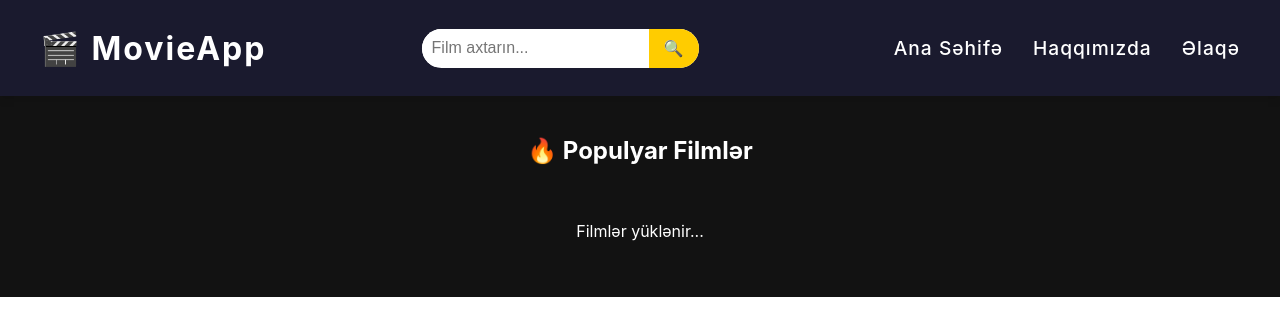
Repository: Zulfiyya077/InternIntelligence_MovieWebsite
Page: /
These files come from the project's save history. The page is drawn as it stood at one moment and after the next save; the edit follows.
The browser window is 1280 px wide. The pictures show the whole page.
The page's requests for data from a server got no answer. The project was rebuilt for these pictures with package versions that can differ from the ones it lists, and the page was loaded fresh each time. No one was signed in, and anything a server would have sent is missing. Also part of the build but not shown: vite.config.js, src/components/MovieCard.module.css, src/components/MovieCard.jsx, src/pages/MovieDetailsPage.module.css, src/pages/MovieDetailsPage.jsx, src/App.module.css, src/pages/About.module.css, src/pages/About.jsx and 2 more.

Above is the page before, as saved 2025-02-24 01:31:36.

After the next save:
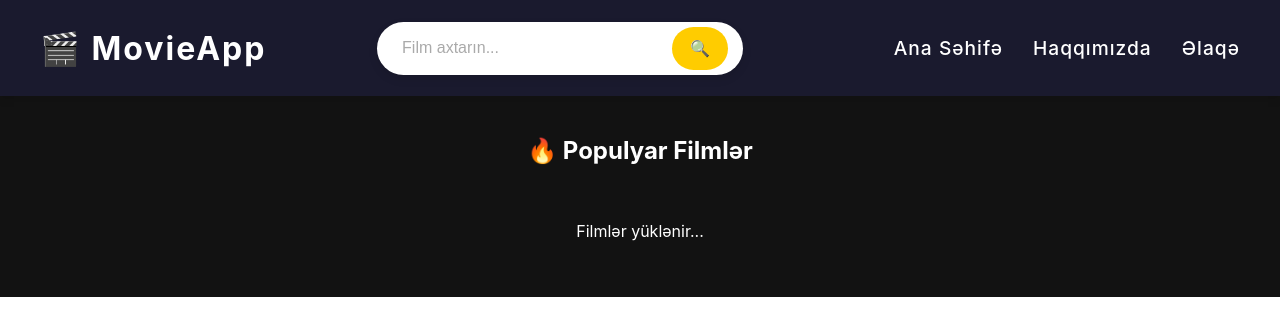
Saved 101 s later.
--- a/src/components/SearchBar.module.css
+++ b/src/components/SearchBar.module.css
@@ -1,9 +1,17 @@
+/* Search Bar */
 .searchBar {
     display: flex;
     align-items: center;
     background-color: white;
-    border-radius: 20px;
-    overflow: hidden;
+    border-radius: 30px;
+    box-shadow: 0 4px 10px rgba(0, 0, 0, 0.1);
+    transition: box-shadow 0.3s ease, transform 0.3s ease;
+    padding: 5px 15px;
+}
+
+.searchBar:hover {
+    transform: scale(1.05); /* Search bar hover zamanı yavaşca böyüyür */
+    box-shadow: 0 6px 15px rgba(0, 0, 0, 0.15); /* Hover zamanı kölgə daha da artır */
 }
 
 .searchBar input {
@@ -11,16 +19,52 @@
     padding: 10px;
     outline: none;
     font-size: 1rem;
+    width: 250px;
+    transition: width 0.3s ease, padding 0.3s ease;
+    border-radius: 20px;
+    color: #333;
+    font-weight: 500;
+}
+
+.searchBar input:focus {
+    width: 300px; /* Fokus halında genişlənir */
+    padding: 12px;
+    transition: all 0.3s ease;
+}
+
+.searchBar input::placeholder {
+    color: #aaa;
+    font-weight: 300;
+    transition: color 0.3s ease;
+}
+
+.searchBar input:focus::placeholder {
+    color: #ffcc00; /* Fokus halında placeholder rəngi dəyişir */
 }
 
 .searchBar button {
     background-color: #ffcc00;
     border: none;
-    padding: 10px 15px;
+    padding: 12px 18px;
     cursor: pointer;
     font-size: 1rem;
+    color: white;
+    border-radius: 30px;
+    margin-left: 10px;
+    transition: background-color 0.3s ease, transform 0.3s ease;
 }
 
 .searchBar button:hover {
-    background-color: #e6b800;
+    background-color: #e6b800; /* Hoverda button rəngi dəyişir */
+    transform: scale(1.1); /* Hoverda böyümə effekti */
 }
+
+.searchBar button:active {
+    background-color: #d49e00; /* Klikləmə effekti */
+    transform: scale(1); /* Tıkladıqda normal ölçüyə dönər */
+}
+
+.searchBar button:focus {
+    outline: none;
+    box-shadow: 0 0 0 4px rgba(255, 204, 0, 0.6); /* Fokusda şəffaf sarı rəngdə kontur */
+}
